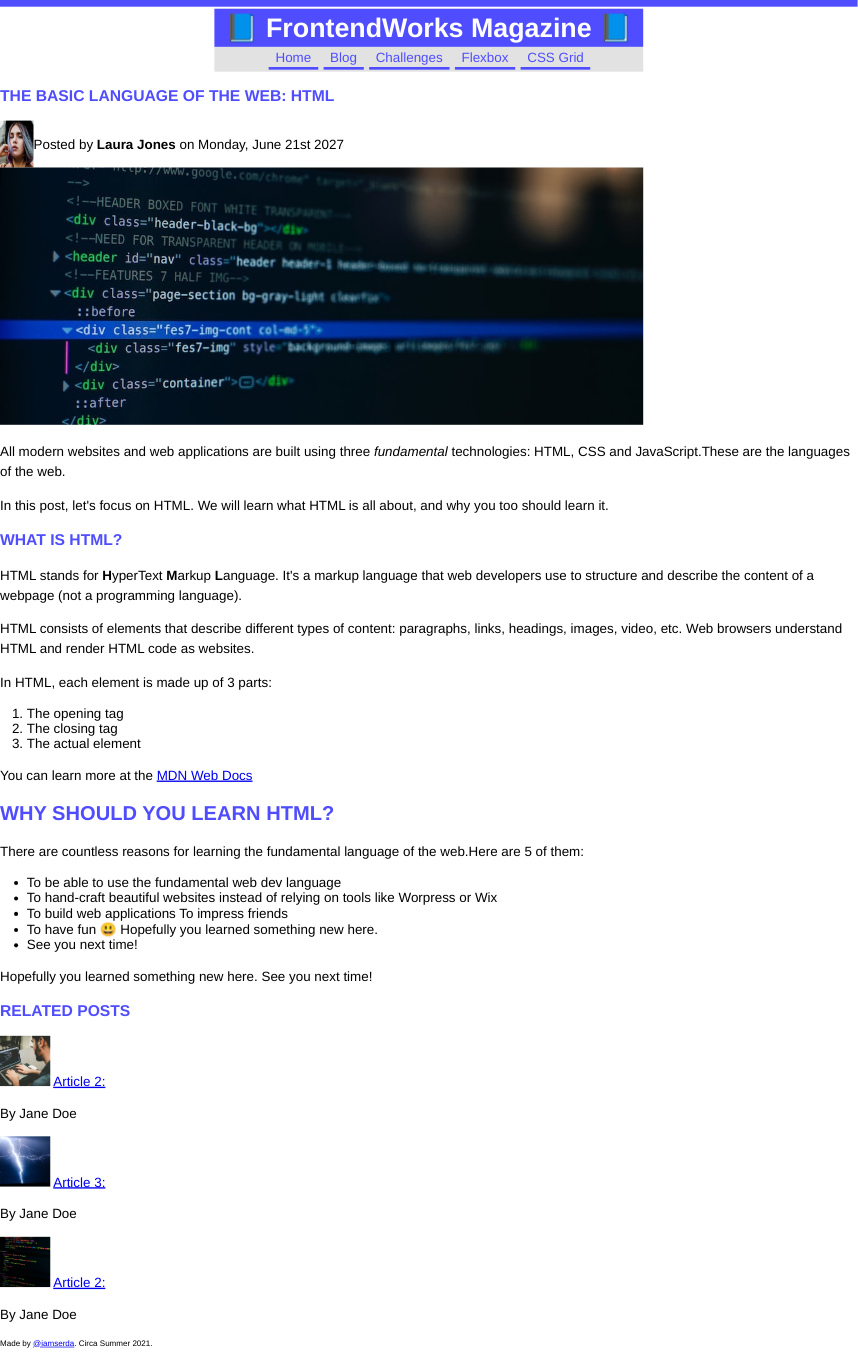
Repository: iamserda/html-css-course
Page: starter/02-HTML-Fundamentals/index.html
The author's editor kept a copy of each file at every save. The page is drawn from the files as they stood at one save, then again after the next save.
The browser window is 1280 px wide. The pictures show the whole page, at 67% of full size.

Above is the page before, as saved 2021-07-17 17:35:01.

After the next save:
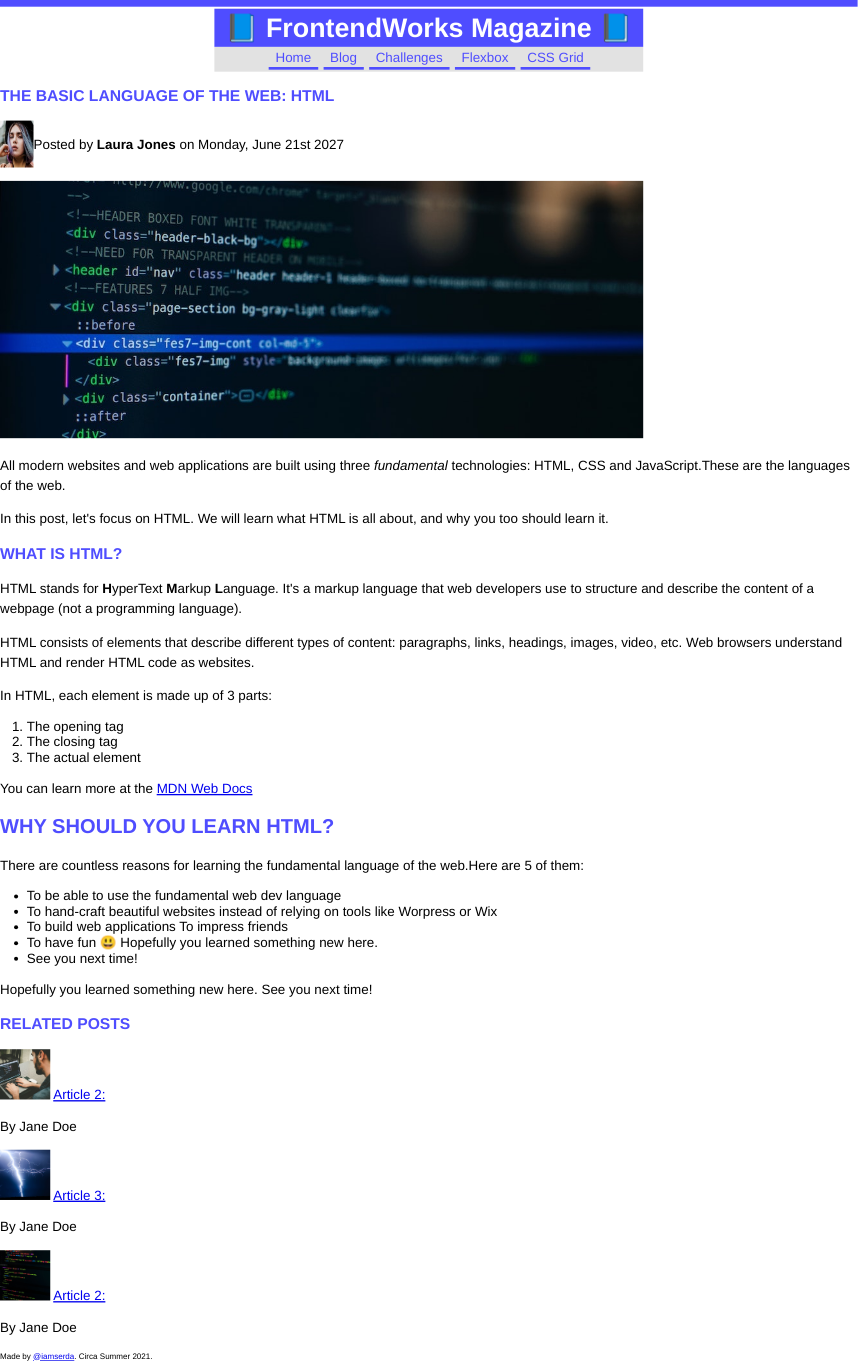
Saved 60 s later.
--- a/starter/02-HTML-Fundamentals/index.css
+++ b/starter/02-HTML-Fundamentals/index.css
@@ -93,7 +93,9 @@ nav li:hover a {
 footer p {
     font-size: 0.75rem;
 }
-
+.article-meta{
+    margin-bottom: 1em;
+}
 .author {
     display: flex;
     flex-flow: row nowrap;
